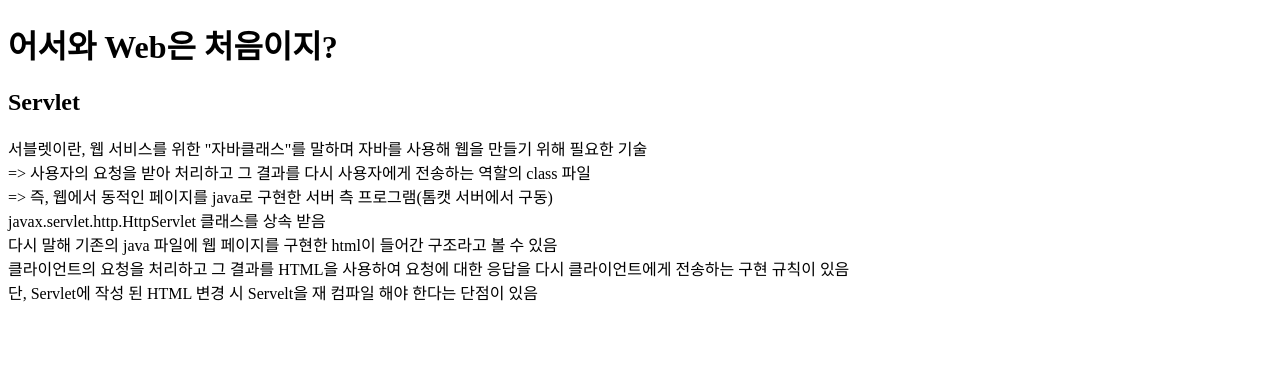
Repository: chuhj1226/servlet
Page: workspace/1_Servlet/WebContent/index.html
An editor plug-in stored every save of this project. The page is shown before and after the next save, followed by the edit.
The browser window is 1280 px wide. The pictures show the whole page.

Above is the page before, as saved 2021-10-04 08:36:12.

### workspace/1_Servlet/WebContent/index.html
<!DOCTYPE html>
<html>
<head>
<meta charset="UTF-8">
<title>1_Servlet</title>
</head>
<body>
	<h1>어서와 Web은 처음이지?</h1>

	<!--

		환경 설정
		1) tomcat 설치 (dev 폴더에 압축 풀기)
		2) Eclipse의 Server Runtime Environments에서 tomcat 설치 경로 등록 (이클립스에 서버 연동)
		3) Servers 탭에서 서버 등록 (톰캣 기본 포트와 오라클 기본 포트가 동일하게 8080이므로 변경, server publicshing 체크)
		4) 인코딩 설정(UTF-8)
		5) 기타(java-ee, 파일 바로가기 생성)

		* Dynamic Web Project 만들기
		1) Project name : 프로젝트 이름
		2) Target runtime : 웹 어플리케이션을 실행할 서버
		3) Dynamic web module version : 서블릿 버전, 이클립스는 여기에 지정 된 버전으로 소스 코드의 문법을 검사
		4) Source folders on build path : 자바 소스 폴더
		5) Defalut output folder : 컴파일 결과 출력 폴더 (배포 폴더 안에 컴파일 된 클래스 파일이 있어야 하므로 변경)
		6) Context root : 웹 어플리케이션 이름, 기본 값은 프로젝트 이름, 웹 브라우저에서 실행 요청 시 url에서 사용
		7) Context directory : 웹 컨텐츠 파일을 저장할 작업 폴더의 이름 저장
		8) Generate ~ 체크 : 배포 서술자라고 하는 어플리케이션 전체 설정 정보를 가진 web.xml 파일 생성

	 -->

	<h2>Servlet</h2>
	<p>
		서블렛이란, 웹 서비스를 위한 "자바클래스"를 말하며 자바를 사용해 웹을 만들기 위해 필요한 기술<br>
		=> 사용자의 요청을 받아 처리하고 그 결과를 다시 사용자에게 전송하는 역할의 class 파일<br>
		=> 즉, 웹에서 동적인 페이지를 java로 구현한 서버 측 프로그램(톰캣 서버에서 구동)<br>
		javax.servlet.http.HttpServlet 클래스를 상속 받음<br>

		다시 말해 기존의 java 파일에 웹 페이지를 구현한 html이 들어간 구조라고 볼 수 있음<br>
		클라이언트의 요청을 처리하고 그 결과를 HTML을 사용하여 요청에 대한 응답을 다시 클라이언트에게 전송하는 구현 규칙이 있음<br>
		단, Servlet에 작성 된 HTML 변경 시 Servelt을 재 컴파일 해야 한다는 단점이 있음
	</p>

</body>

</html>

After the next save:
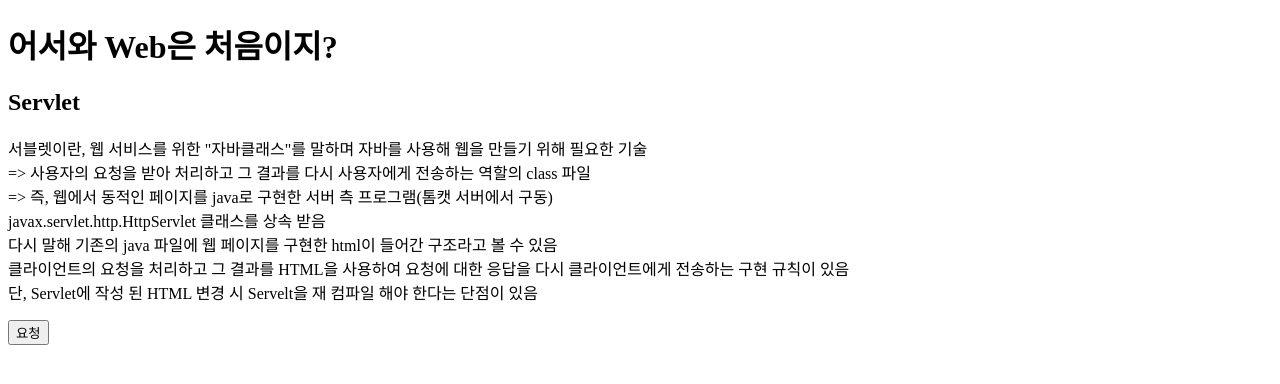
Saved 81 s later.
--- a/workspace/1_Servlet/WebContent/index.html
+++ b/workspace/1_Servlet/WebContent/index.html
@@ -38,7 +38,12 @@
 		다시 말해 기존의 java 파일에 웹 페이지를 구현한 html이 들어간 구조라고 볼 수 있음<br>
 		클라이언트의 요청을 처리하고 그 결과를 HTML을 사용하여 요청에 대한 응답을 다시 클라이언트에게 전송하는 구현 규칙이 있음<br>
 		단, Servlet에 작성 된 HTML 변경 시 Servelt을 재 컴파일 해야 한다는 단점이 있음
+
 	</p>
+
+	<form action="" method="">
+		<button type="submit">요청</button>
+	</form>
 
 </body>
 
